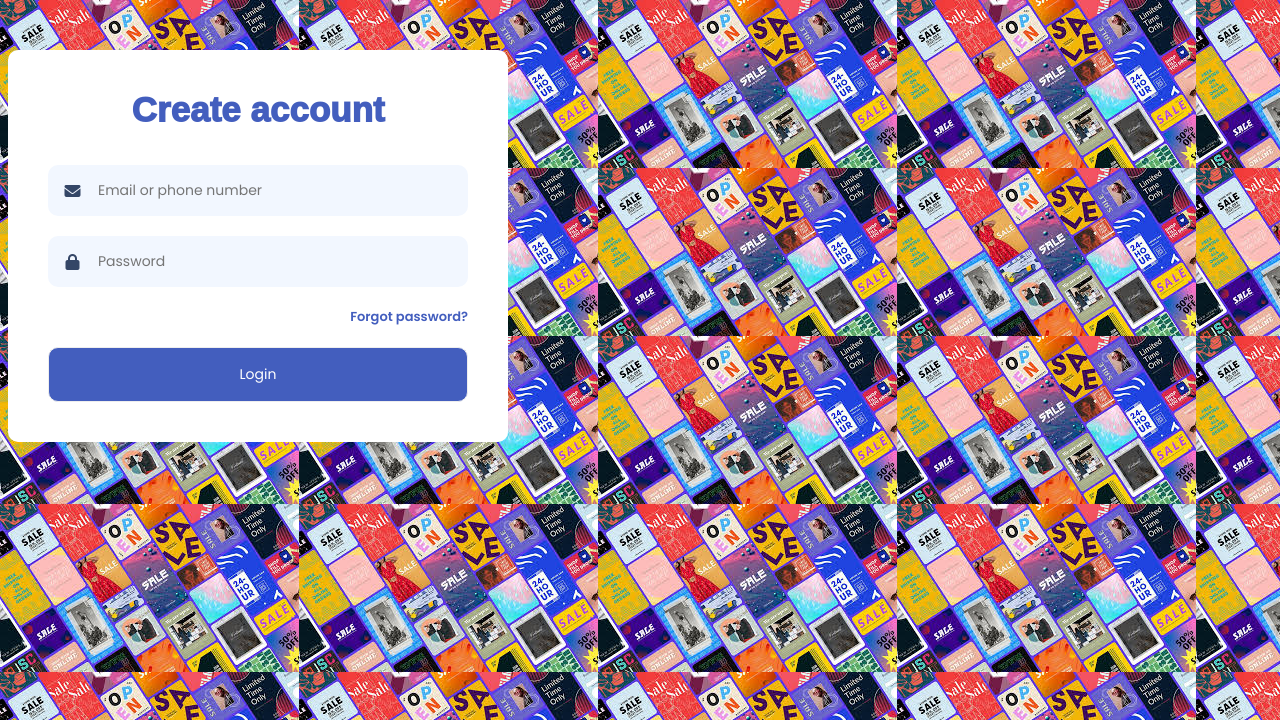
Repository: VuTuanAnh0949/loginForm
Page: index.html
An editor plug-in stored every save of this project. The page is shown before and after the next save, followed by the edit.
The browser window is 1280 px wide. The pictures show the whole page.

Above is the page before, as saved 2022-04-15 21:15:02.

After the next save:
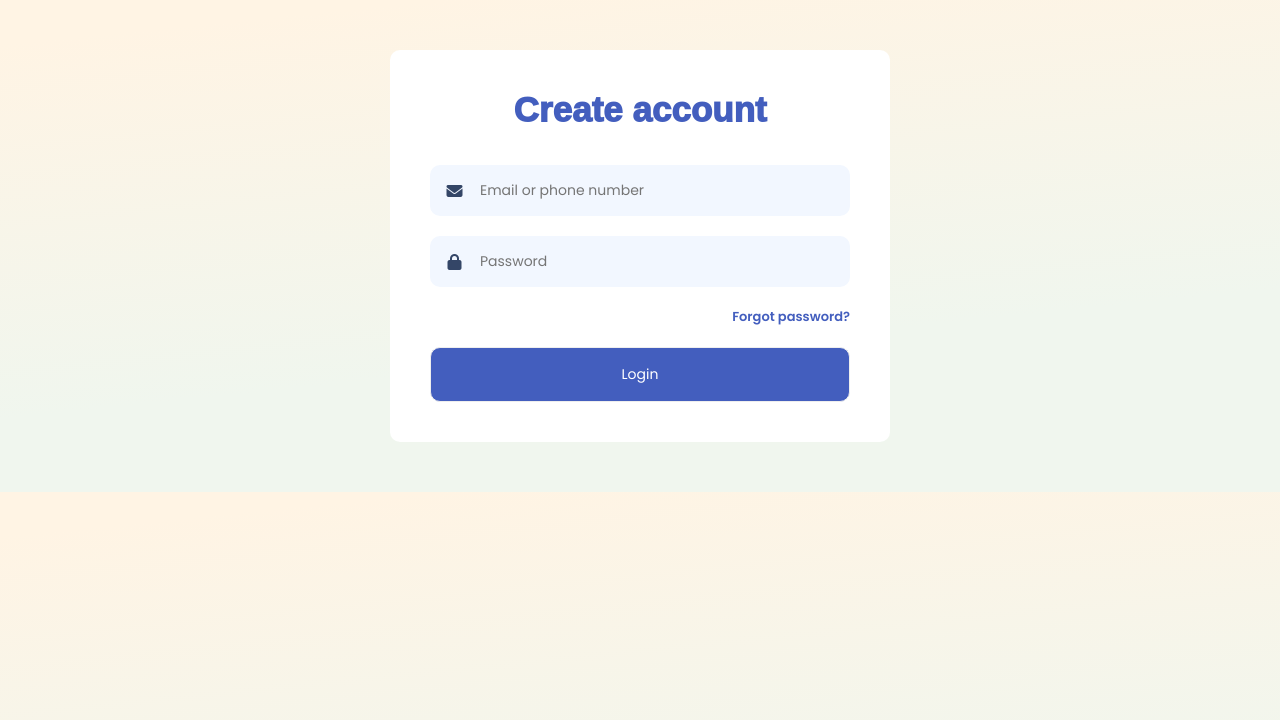
Saved 18 s later.
--- a/style.css
+++ b/style.css
@@ -7,9 +7,6 @@ box-sizing: border-box;
 }
 body{
   background-image: linear-gradient( 174.2deg,  rgba(255,244,228,1) 7.1%, rgba(240,246,238,1) 67.4% );
-  background-image: url("/images\ \(3\).jfif");
-  width: max-content;
-
 }
 .login{
 width: 500px;
